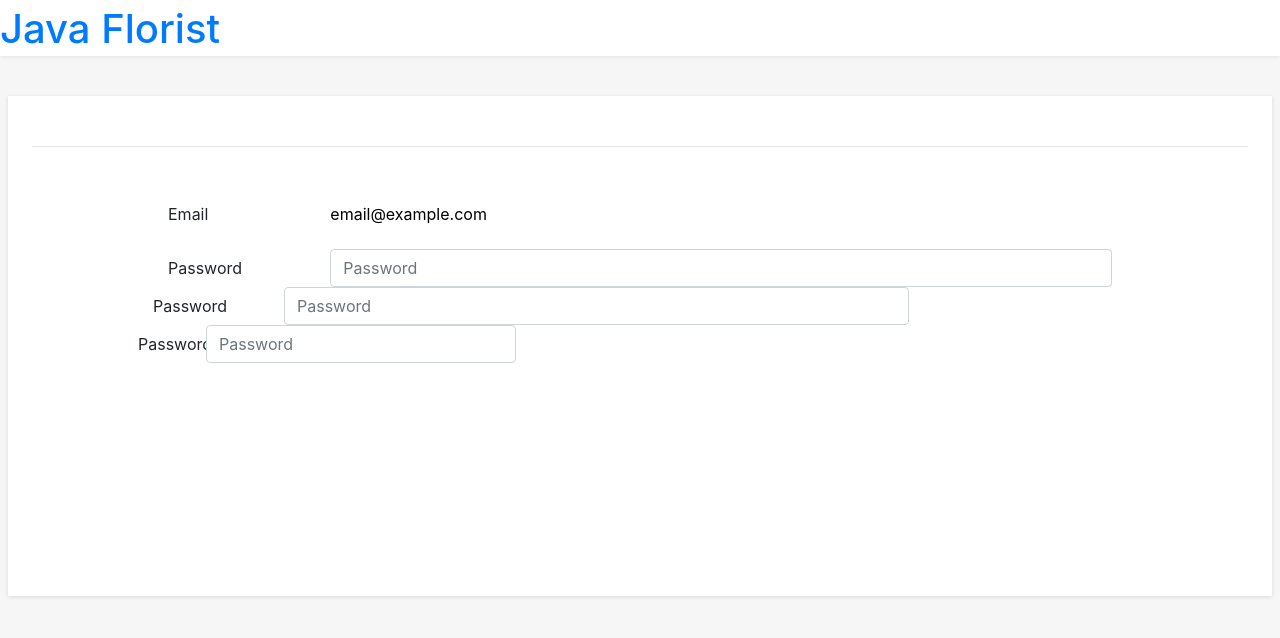
Repository: hienttm/flower-java-florist
Page: JavaFlorist/JavaFlorist/wwwroot/BecomePartner/index.html
The author's editor kept a copy of each file at every save. The page is drawn from the files as they stood at one save, then again after a run of saves.
The browser window is 1280 px wide. The pictures show the whole page.
Some web libraries are served in a nearby version.

Above is the page before, as saved 2023-12-29 17:54:14.

After the next 2 saves:
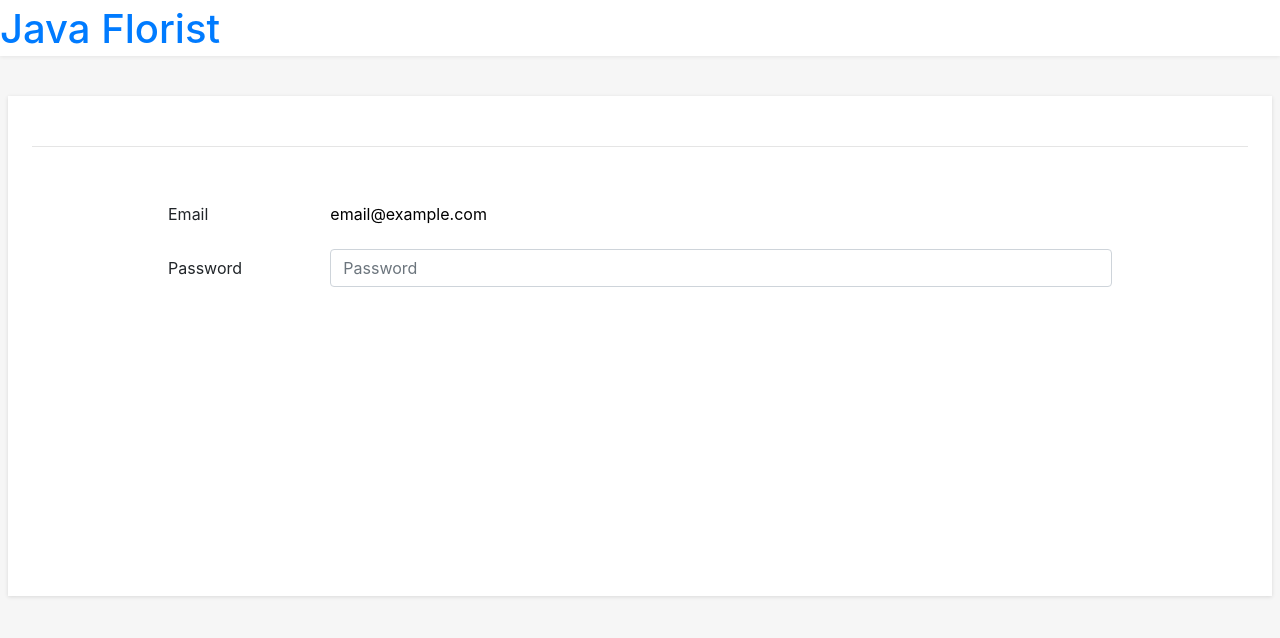
The 2 saves are shown as one change because they came seconds apart.
The last was saved 9 s later.
--- a/JavaFlorist/JavaFlorist/wwwroot/BecomePartner/index.html
+++ b/JavaFlorist/JavaFlorist/wwwroot/BecomePartner/index.html
@@ -41,16 +41,7 @@
                                   <div class="col-sm-10">
                                     <input type="password" class="form-control" id="inputPassword" placeholder="Password">
                                   </div>
-                                  <div class="form-group row">
-                                    <label for="inputPassword" class="col-sm-2 col-form-label">Password</label>
-                                    <div class="col-sm-10">
-                                      <input type="password" class="form-control" id="inputPassword" placeholder="Password">
-                                    </div>
-                                    <div class="form-group row">
-                                        <label for="inputPassword" class="col-sm-2 col-form-label">Password</label>
-                                        <div class="col-sm-10">
-                                          <input type="password" class="form-control" id="inputPassword" placeholder="Password">
-                                        </div>
+
                                 </div>
                               </form>
                         </div>
